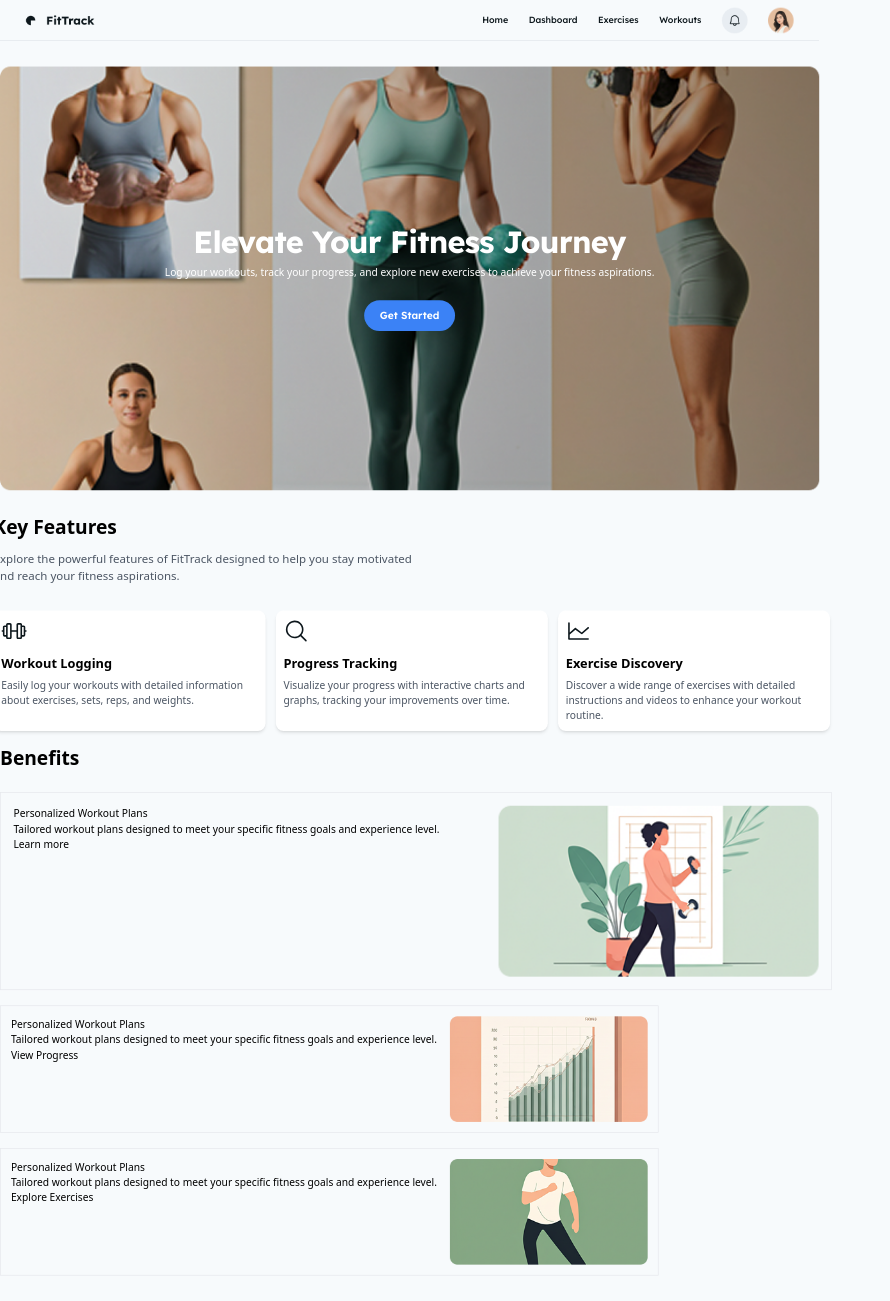
Repository: Emy-gold/fitness-tracking-platform
Page: /
An editor plug-in stored every save of this project. The page is shown before and after the next save, followed by the edit.
The browser window is 1280 px wide. The page is 1390 px wide, so the pictures cover 1390 px, including what lies to the right of the window. The pictures show the whole page, at 64% of full size.
The project was rebuilt for these pictures with package versions that can differ from the ones it lists, and the page was loaded fresh each time. Also part of the build but not shown: vite.config.js, src/Pages/Dashboard.jsx, src/Pages/Exercises.jsx, src/Pages/Workouts.jsx, src/components/Footer.jsx.

Above is the page before, as saved 2025-08-27 15:41:34.

### index.html
<!doctype html>
<html lang="en">

<head>
  <meta charset="UTF-8" />
  <link rel="icon" type="image/svg+xml" href="/vite.svg" />
  <meta name="viewport" content="width=device-width, initial-scale=1.0" />
  <link href="https://fonts.googleapis.com/css2?family=Lexend:wght@300;400;500;600;700&display=swap" rel="stylesheet">
  <title>Vite + React</title>
</head>

<body>
  <div id="root"></div>
  <script type="module" src="/src/main.jsx"></script>
</body>

</html>

### src/index.css
@tailwind base;
@tailwind components;
@tailwind utilities;

body{
    padding: 0;
    margin: 0;
    background-color: #F7FAFC;
}

### src/App.jsx
import './App.css';
import { BrowserRouter as Router, Routes, Route } from 'react-router-dom';
import Home from './Pages/Home';
import Dashboard from './Pages/Dashboard.jsx';
import Exercises from './Pages/Exercises.jsx';
import Workouts from './Pages/Workouts.jsx';
import Header from './components/Header.jsx';
import Footer from './components/Footer';


function App() {

  return (
    <>

      <Router>
        <Header />
        <Routes>
          <Route path="/" element={<Home />} />
          <Route path="/dashboard" element={<Dashboard />} />
          <Route path="/exercises" element={<Exercises />} />
          <Route path="/workouts" element={<Workouts />} />
        </Routes>
      </Router>
    </>
  )
}

export default App

### src/App.css
#root {
    margin: 0 auto;
    padding: 0;
    text-align: center;

}

.logo {
    height: 6em;
    padding: 1.5em;
    will-change: filter;
    transition: filter 300ms;
}
.logo:hover {
    filter: drop-shadow(0 0 2em #646cffaa);
}
.logo.react:hover {
    filter: drop-shadow(0 0 2em #61dafbaa);
}

@keyframes logo-spin {
    from {
    transform: rotate(0deg);
    }
    to {
    transform: rotate(360deg);
    }
}

@media (prefers-reduced-motion: no-preference) {
    a:nth-of-type(2) .logo {
    animation: logo-spin infinite 20s linear;
    }
}

.card {
    padding: 2em;
}

.read-the-docs {
    color: #888;
}

### src/Pages/Home.jsx
import React from 'react';
import Header from '../components/Header';
import { useState, useEffect } from 'react';
import cardsData from "../cardsData.json";
import homepic from "../assets/home.png";
import img1 from "../assets/img1.png";
import img2 from "../assets/img2.png";
import img3 from "../assets/img3.png";

function Home() {

    const [cards, setCards] = useState([]);

    useEffect(() => {
        setCards(cardsData)
    })

    return (
        <>
            <main className='flex flex-col justify-center items-center mx-auto'>

                <section className='my-10 relative flex justify-center'>
                    <img src={homepic} className="md:w-[800px] lg:w-[1300px]" />
                    <div className="absolute inset-0 flex flex-col justify-center text-center text-white">
                        <h1 className='text-5xl font-lexend font-bold mb-3 tracking-tight '>Elevate Your Fitness Journey</h1>
                        <p className=''>Log your workouts, track your progress, and explore new exercises to achieve your fitness aspirations.</p>
                        <button type="submit" className='mt-8 mx-auto bg-blue-500 py-[12px] px-6 font-lexend font-semibold rounded-3xl hover:bg-blue-600 transition duration-300'>Get Started</button>
                    </div>
                </section >

                <section className='flex flex-col items-start md-10 mb:w-[900px] lg:w-[1300px]'>
                    <div className='flex flex-col items-start text-left'>
                        <h2 className='text-3xl font-bold mb-4'>Key Features</h2>
                        <p className='text-lg text-gray-600 max-w-2xl'>Explore the powerful features of FitTrack designed to help you stay motivated and reach your fitness aspirations.</p>
                    </div>
                    <div className='flex flex-row gap-4 mt-10 text-left md:w-[900px] lg:w-[1400px]'> {/* Removed justify-center */}
                        {cards.map(card => (
                            <div key={card.id} className='md:w-[312px] lg:w-[425px] bg-white rounded-xl shadow-md p-3 hover:scale-105 duration-300'>
                                <img src={card.image} className='mb-4 h-10 w-10 object-contain' />
                                <h3 className='text-xl font-semibold mb-2'>{card.title}</h3>
                                <p className='text-gray-600'>{card.summary}</p>
                            </div>
                        ))}
                    </div>
                </section>
                <section className='flex flex-col items-start mb-10 gap-5 justify-center mx-72 max-w-full mt-6'>
                    <h2 className='text-3xl font-bold mb-4'>Benefits</h2>
                    <div className='flex flex-wrap gap-6 lg:w-[1300px]'>
                        <div className='flex justify-between p-5 border lg:w-[1400px]'>
                            <div className='flex flex-col items-start text-left'>
                                <h3>Personalized Workout Plans</h3>
                                <p>Tailored workout plans designed to meet your specific fitness goals and experience level.</p>
                                <button>Learn more</button>
                            </div>
                            <img src={img1} className='lg:w-[500px]' />
                        </div>
                        <div className='flex justify-center p-4 border'>
                            <div className='flex flex-col items-start text-left mr-5'>
                                <h2>Personalized Workout Plans</h2>
                                <p>Tailored workout plans designed to meet your specific fitness goals and experience level.</p>
                                <button>View Progress</button>
                            </div>
                            <img src={img2} />
                        </div>
                        <div className='flex justify-center p-4 border'>
                            <div className='flex flex-col items-start text-left mr-5'>
                                <h2>Personalized Workout Plans</h2>
                                <p>Tailored workout plans designed to meet your specific fitness goals and experience level.</p>
                                <button>Explore Exercises</button>
                            </div>
                            <img src={img3} />
                        </div>
                    </div>
                </section>
            </main >
        </>

    )
}

export default Home

### src/components/Header.jsx
import React from 'react';
import { Link } from 'react-router-dom';
import logo from "../assets/logo.png";
import icon from "../assets/notifeicon.png";
import profilePic from "../assets/profilepic.png";

function Header() {
    return (
        <>
            <header className='bg-primary border-b border-gray-300/50 sticky w-full h-16 top-0 z-50 px-10'>
                <div className="flex relative justify-between items-center h-full">
                    <Link to="/" className='flex items-center'>
                        <img
                            src={logo}
                            alt="logo"
                            className='hover:opacity-20 transition-opacity duration-300'
                        />
                    </Link>

                    <nav className='flex gap-8 items-center ml-auto'>
                        <Link to="/" className='font-lexend font-medium text-sm text-textColor hover:scale-105 leading-[21px]'>Home</Link>
                        <Link to="/dashboard" className='font-lexend font-medium text-sm text-textColor hover:scale-105 leading-[21px]'>Dashboard</Link>
                        <Link to="/exercises" className='font-lexend font-medium text-sm text-textColor hover:scale-105 leading-[21px]'>Exercises</Link>
                        <Link to="/workouts" className='font-lexend font-medium text-sm text-textColor hover:scale-105 leading-[21px]'>Workouts</Link>
                        <img src={icon} className='hover:scale-105 duration-200' />
                        <img src={profilePic} className='h-10 w-10 hover:scale-105 duration-200' />
                    </nav>

                    <div></div>
                </div>
            </header>
        </>
    )
}

export default Header;

### src/cardsData.json
[
    {
        "id": 1,
        "title": "Workout Logging",
        "summary": "Easily log your workouts with detailed information about exercises, sets, reps, and weights.",
        "image": "src/assets/icon1.svg"
    },
    {
        "id": 2,
        "title": "Progress Tracking",
        "summary": "Visualize your progress with interactive charts and graphs, tracking your improvements over time.",
        "image": "src/assets/icon2.svg"
    },
    {
        "id": 3,
        "title": "Exercise Discovery",
        "summary": "Discover a wide range of exercises with detailed instructions and videos to enhance your workout routine.",
        "image": "src/assets/icon3.svg"
    }
]

### tailwind.config.js

/** @type {import('tailwindcss').Config} */
export default {
  content: [
    "./index.html",
    "./src/**/*.{js,ts,jsx,tsx}",
  ],
  theme: {
    extend: {
      fontFamily: {
        lexend: ['Lexend', 'sans-serif'],
      },
      colors: {
        primary: "#F7FAFC",
        textColor: "#0D171C",
      }
    },
  },
  plugins: [],
}

Loaded but not shown: src/main.jsx (common file)

After the next save:
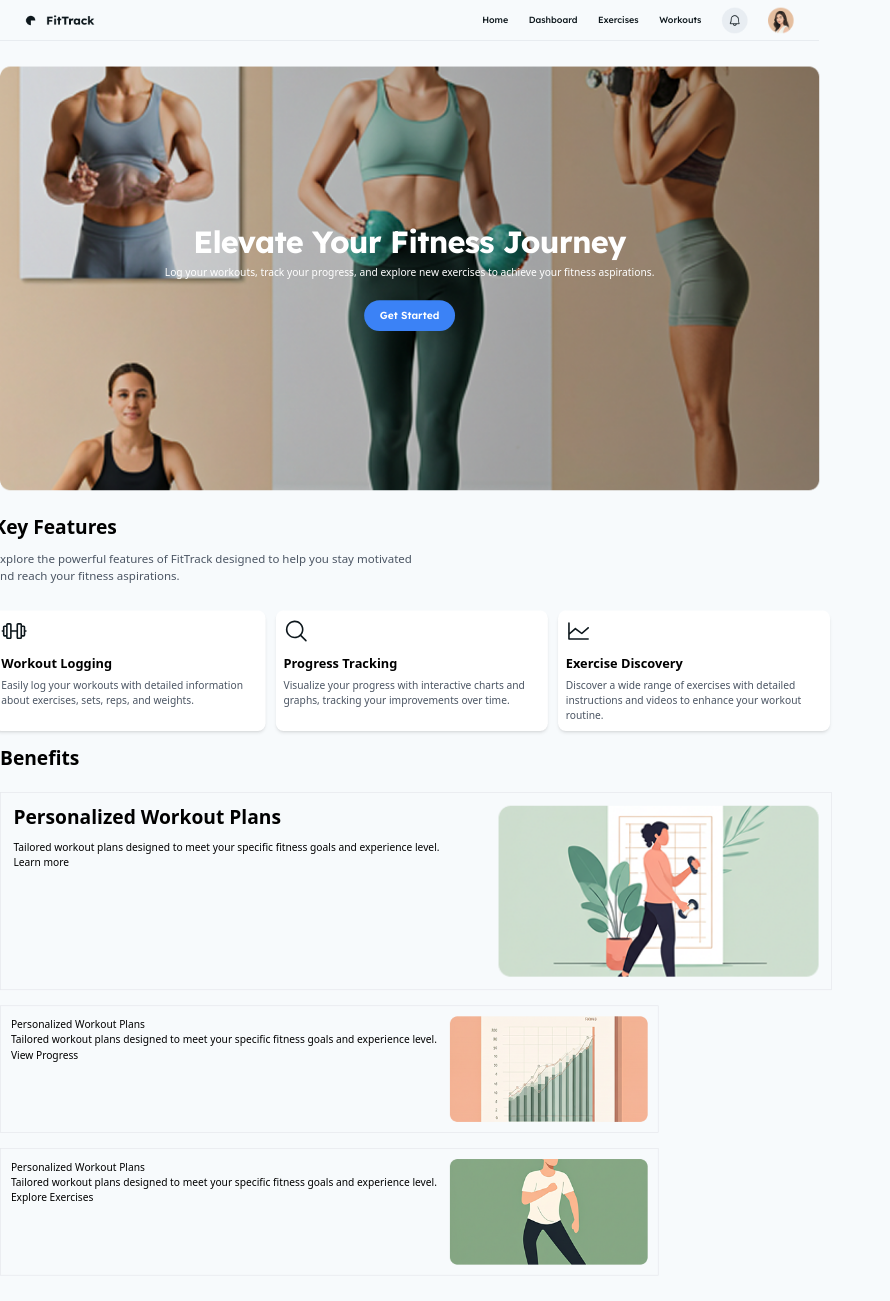
Saved 65 s later.
--- a/src/Pages/Home.jsx
+++ b/src/Pages/Home.jsx
@@ -48,7 +48,7 @@ function Home() {
                     <div className='flex flex-wrap gap-6 lg:w-[1300px]'>
                         <div className='flex justify-between p-5 border lg:w-[1400px]'>
                             <div className='flex flex-col items-start text-left'>
-                                <h3>Personalized Workout Plans</h3>
+                                <h3 className='text-3xl font-bold mb-4'>Personalized Workout Plans</h3>
                                 <p>Tailored workout plans designed to meet your specific fitness goals and experience level.</p>
                                 <button>Learn more</button>
                             </div>
